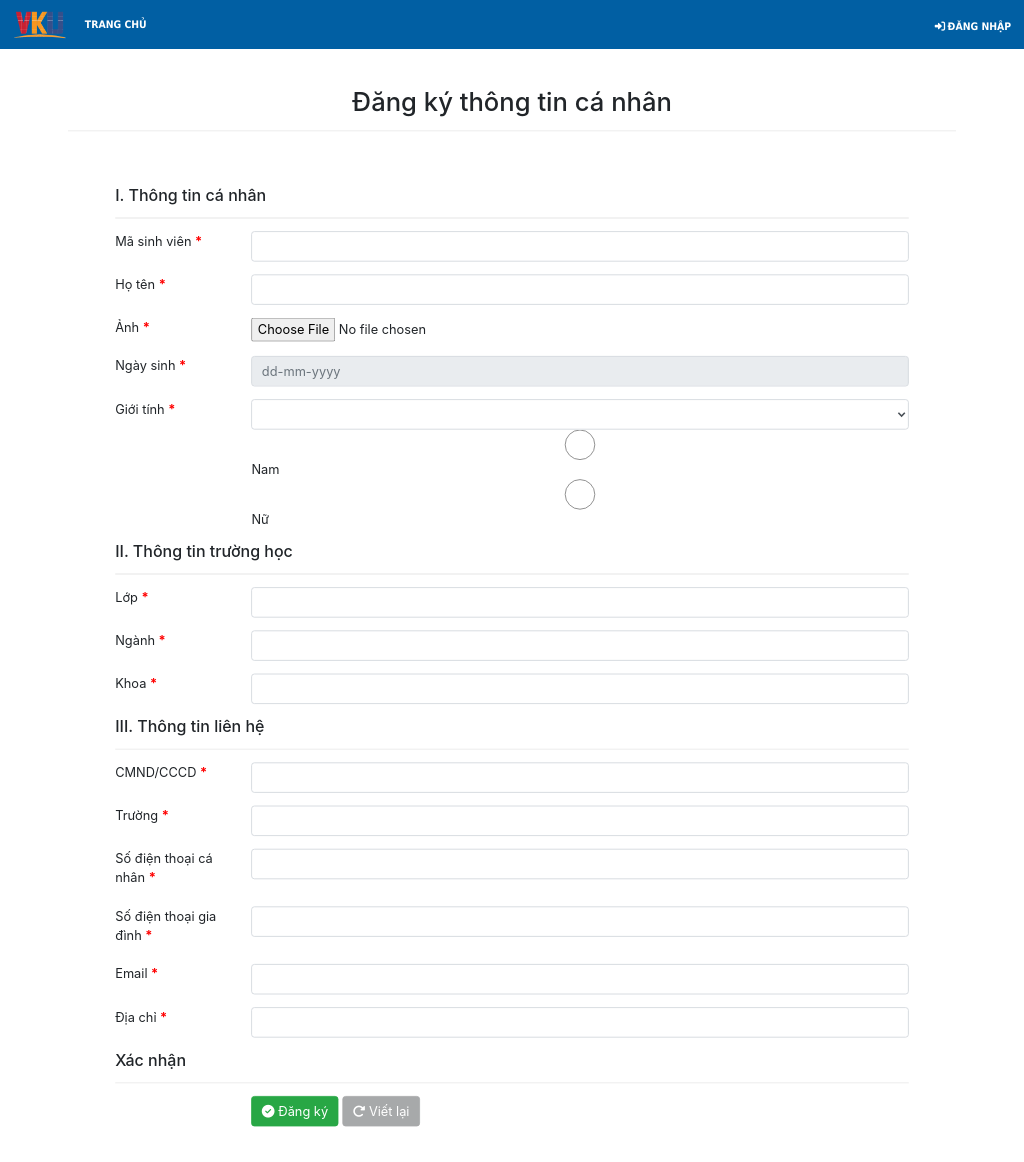
Repository: nguyenmanhtruongdat/javaServletFinalEx
Page: http://localhost/test/register-infor-student.jsp
An editor plug-in stored every save of this project. The page is shown before and after the next save, followed by the edit.
The browser window is 1280 px wide. The pictures show the whole page, at 80% of full size.
Some web libraries are served in a nearby version. The page is served by Tomcat 9.

Above is the page before, as saved 2022-07-06 14:17:39.

After the next save:
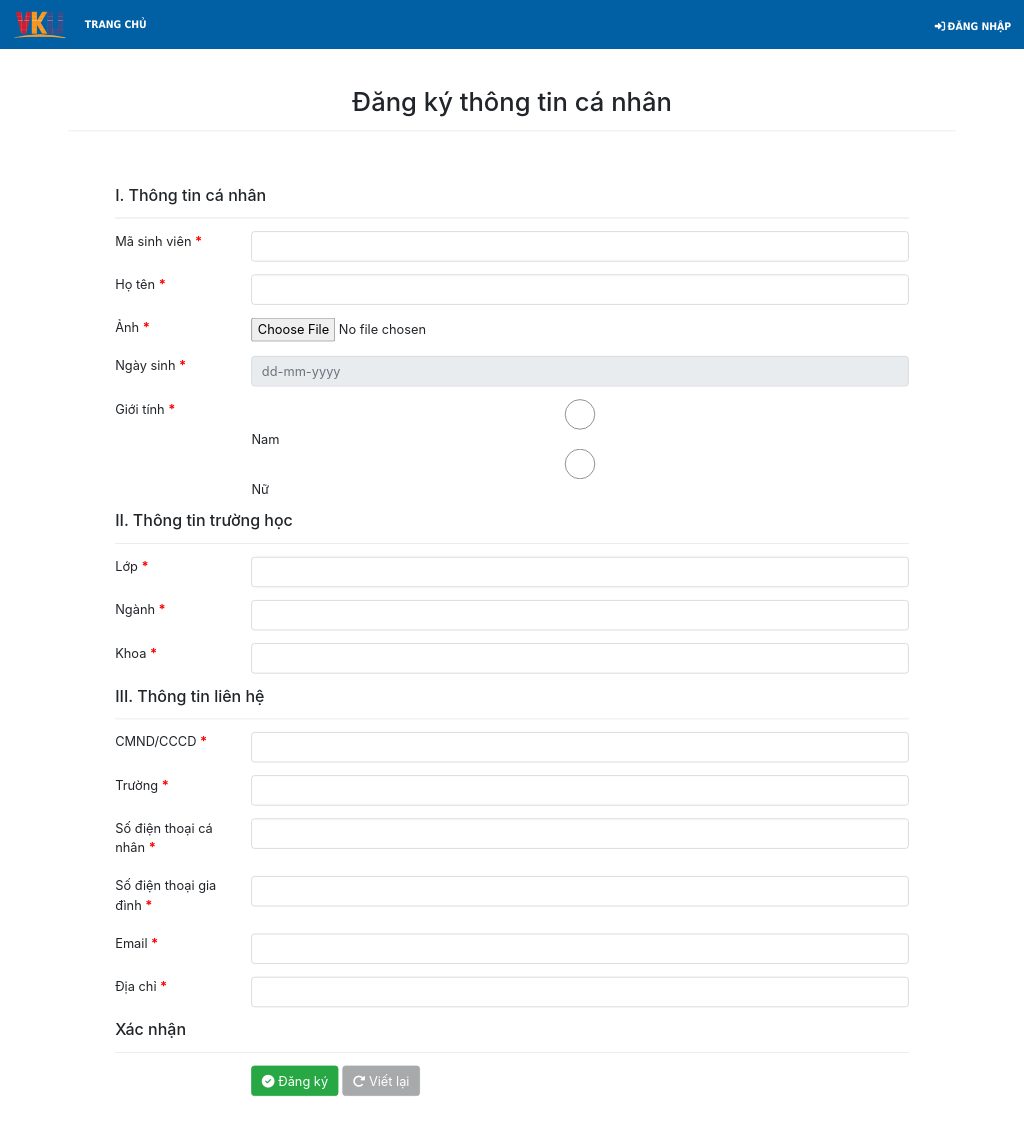
Saved 11 s later.
--- a/vku/ktx/test/src/main/webapp/register-infor-student.jsp
+++ b/vku/ktx/test/src/main/webapp/register-infor-student.jsp
@@ -218,13 +218,10 @@
 											</div>
 											<div class="col-md-10">
 												<div class="form-group">
-													<select id="gioitinh" name="gioitinh" class="form-control"
-														required="required">
 														<input type="radio" name="gioitinh" value="1" class="form-control"
-															id="gioitinh">Nam</option>
+															id="gioitinh">Nam
 														<input type="radio" name="gioitinh" value="0" class="form-control"
-															id="gioitinh">Nữ</option>
-													</select>
+															id="gioitinh">Nữ
 													<!-- <label for="nam">Nam</label> <input type="radio" name="gioitinh" id="nam" value="Nam" class="">
 													<label for="nu">Nữ</label> <input type="radio" name="gioitinh" id="nu" value="Nữ" class=""> -->
 												</div>
